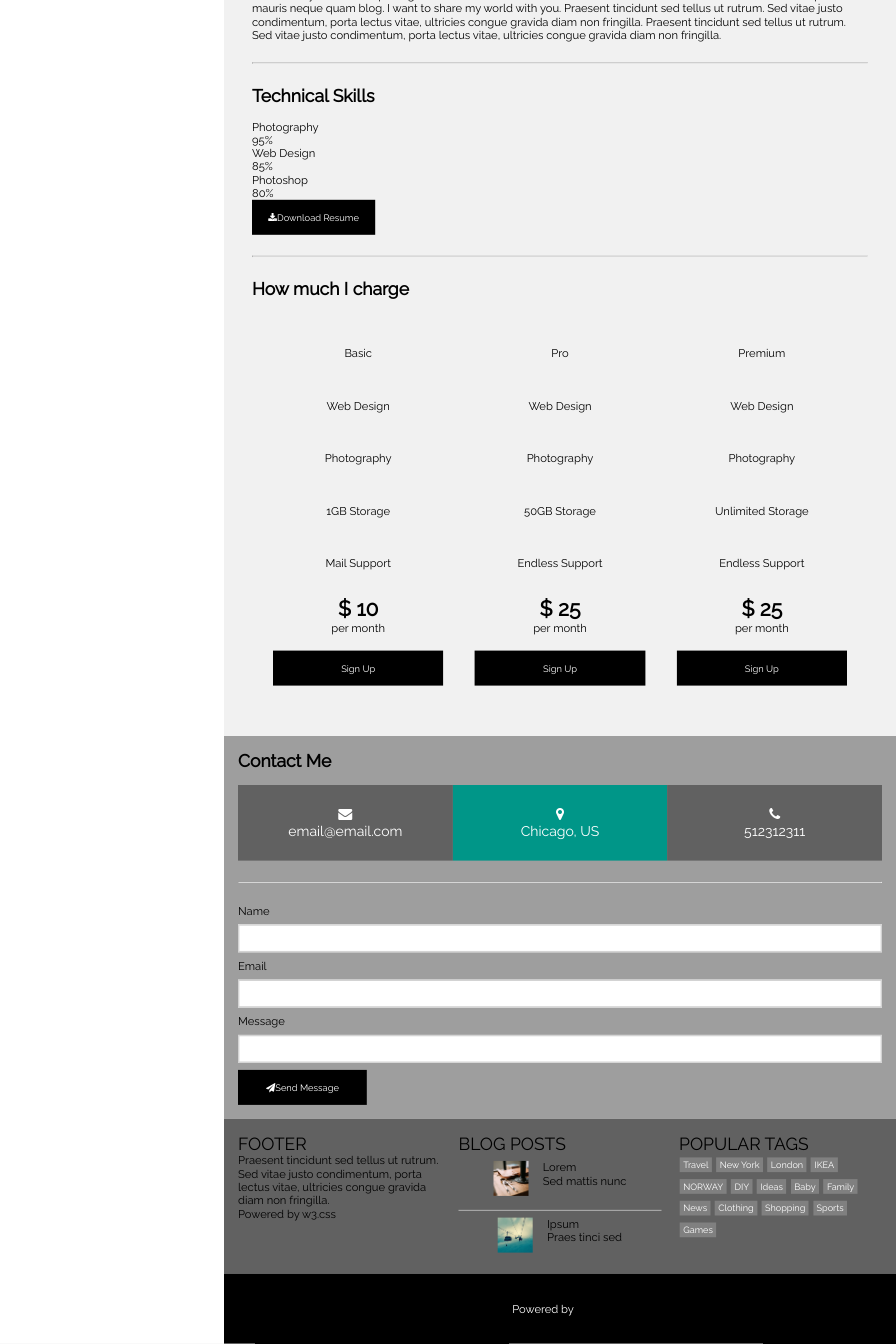
Repository: hesshess/clonecoding-assignment
Page: 5-nature-portfolio/template5.html
The author's editor kept a copy of each file at every save. The page is drawn from the files as they stood at one save, then again after the next save.
The browser window is 1280 px wide. The pictures show the part of the page from y = 1408 to 3328 px (the page is 3328 px tall before and 3324 px after), at 70% of full size.

Above is the page before, as saved 2022-03-22 00:33:17.

After the next save:
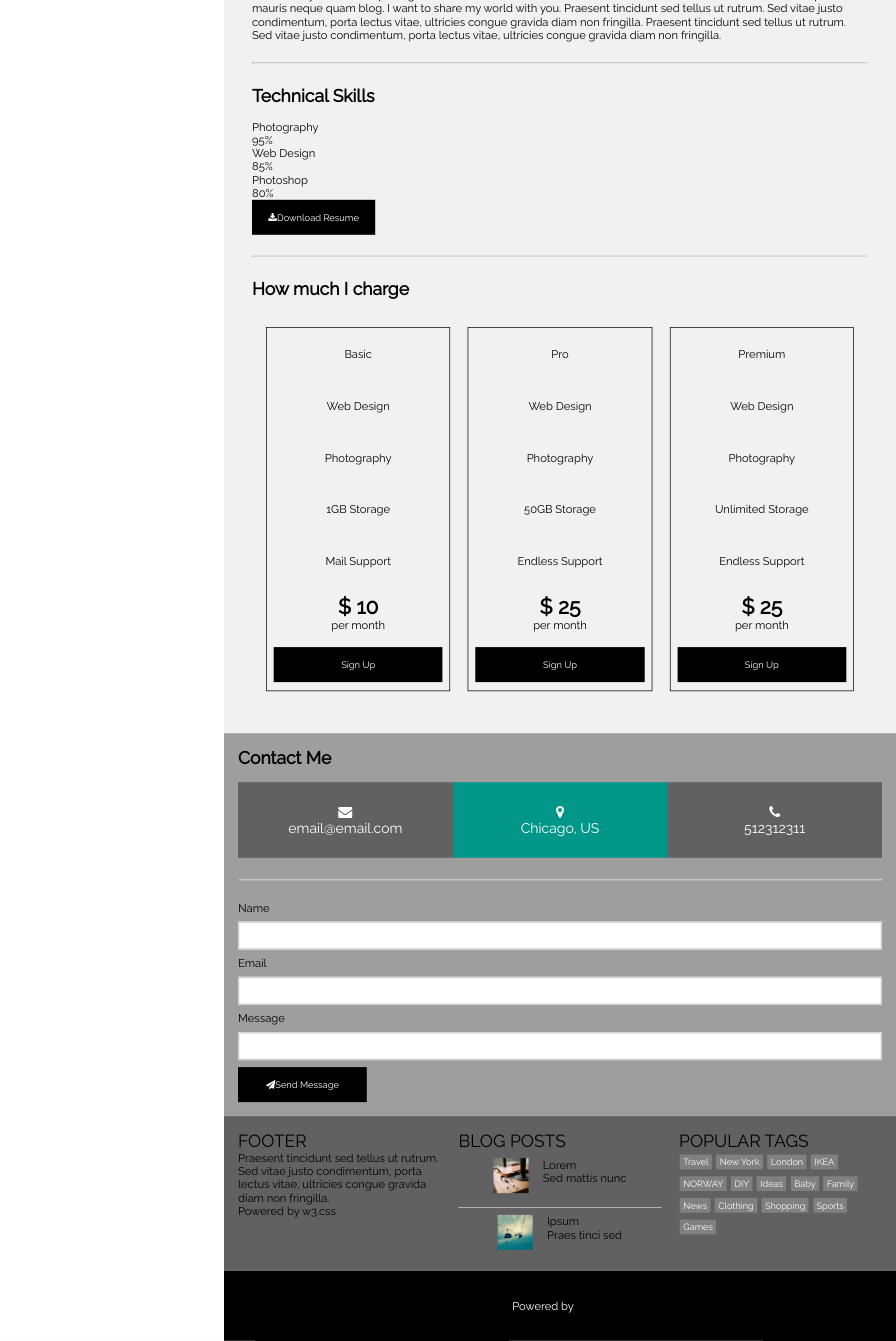
Saved 119 s later.
--- a/5-nature-portfolio/template5.css
+++ b/5-nature-portfolio/template5.css
@@ -136,7 +136,7 @@ nav {
   margin: auto;
 
   display: grid;
-  gap: 1px;
+  border: 1px solid black;
   width: 100%;
   display: grid;
   grid-template:
